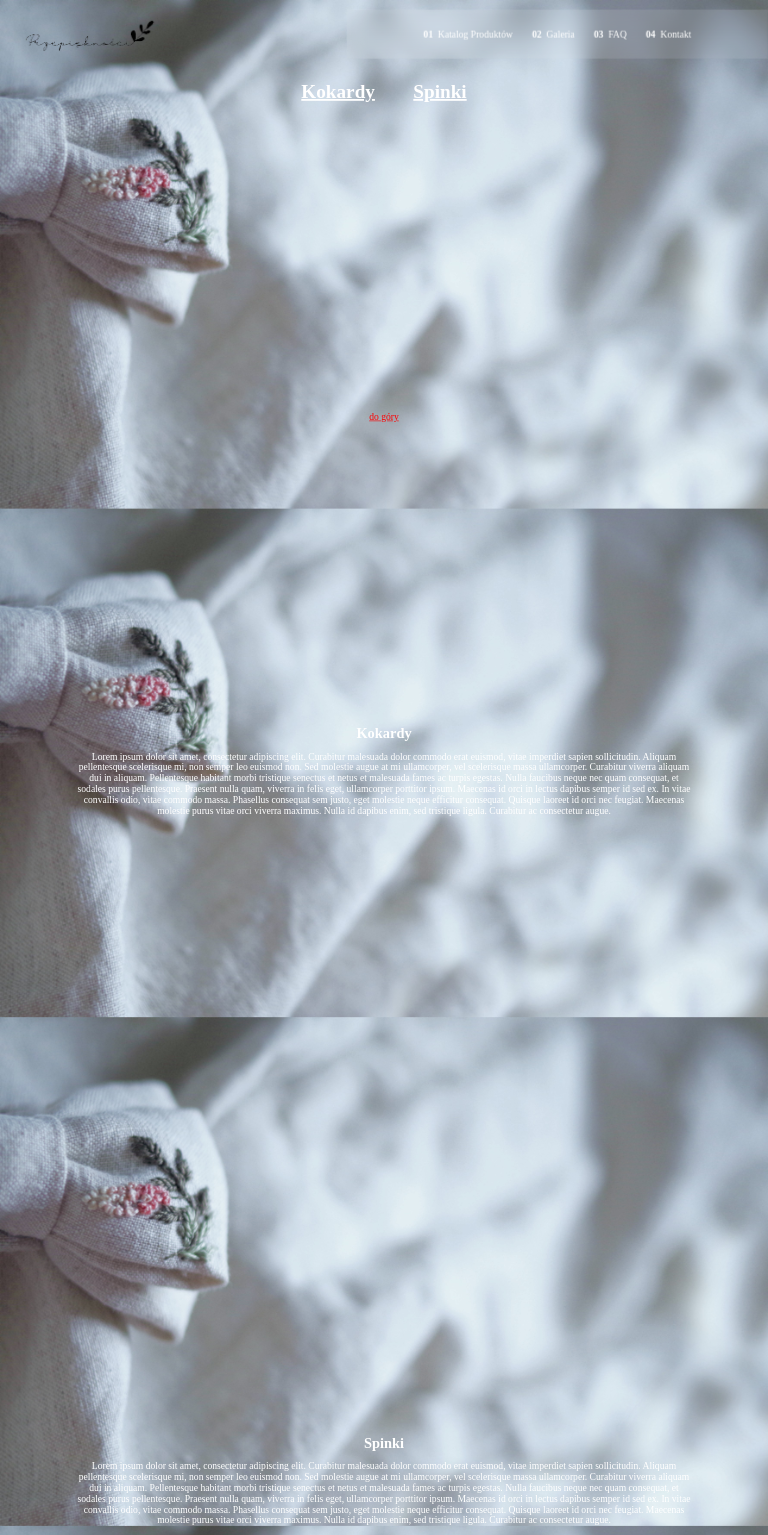
Repository: kowalkos/Rak_projekt
Page: /produkty
These files come from the project's save history. The page is drawn as it stood at one moment and after the next save; the edit follows.
The browser window is 1280 px wide. The pictures show the whole page, at 60% of full size.
Backgrounds fixed to the window are drawn as part of the page. The project was rebuilt for these pictures with package versions that can differ from the ones it lists, and the page was loaded fresh each time. Also part of the build but not shown: src/components/galeria/Galeria.js, src/components/main/Main.js, src/components/FAQ/Faq.js, src/components/about/About.js.

Above is the page before, as saved 2022-01-04 20:36:57.

### src/index.css
body {
  margin: 0;
  background-image: url('/src/img/tlo.jpg');
  background-attachment: fixed;
  background-repeat: no-repeat;
  background-size: cover;
  overflow-x: hidden;
  color: #fff;

  min-width: 325px;
}

### src/App.js
import Produkt from './components/produkty/produkt';
import Galeria from './components/galeria/Galeria';
import Main from './components/main/Main';
import Faq from './components/FAQ/Faq';
import About from './components/about/About';
import Footer from './components/footer/footer';
import './App.css';
import NavBar from './components/navbar/NavBar';
import {BrowserRouter as Router, Route, Routes} from 'react-router-dom';
function App() {

  return (
    <Router>
    <div className="App">
     <NavBar/>
     <Routes>
     <Route path="/" element={<Main/>}/>
     <Route path="/Faq"element={<Faq/>}/>
     <Route path="/produkty" element={<Produkt/>}/>
     <Route path="/galeria"element={<Galeria/>}/>
     <Route path="/about"element={<About/>}/>
     </Routes>
     <Footer/>
    </div>
    </Router>
  );
}

export default App;

### src/components/produkty/produkt.js
import './Produkt.css';
function Produkt(props) {


    return <div className='wrapper'>
        <div className='references'>
        <a href='#kokardy'>
            <h1 >Kokardy</h1>
        </a>
        <a href='#spinki'>
            <h1 >Spinki</h1>
        </a>
        </div>
        <div style={{height:"1000px"}}></div>
        <section id='kokardy'>
            <h2>Kokardy</h2>
            <p>
            Lorem ipsum dolor sit amet, consectetur adipiscing elit. Curabitur malesuada dolor commodo erat euismod, vitae imperdiet sapien sollicitudin. Aliquam pellentesque scelerisque mi, non semper leo euismod non. Sed molestie augue at mi ullamcorper, vel scelerisque massa ullamcorper. Curabitur viverra aliquam dui in aliquam. Pellentesque habitant morbi tristique senectus et netus et malesuada fames ac turpis egestas. Nulla faucibus neque nec quam consequat, et sodales purus pellentesque. Praesent nulla quam, viverra in felis eget, ullamcorper porttitor ipsum. Maecenas id orci in lectus dapibus semper id sed ex. In vitae convallis odio, vitae commodo massa. Phasellus consequat sem justo, eget molestie neque efficitur consequat. Quisque laoreet id orci nec feugiat. Maecenas molestie purus vitae orci viverra maximus. Nulla id dapibus enim, sed tristique ligula. Curabitur ac consectetur augue.
            </p>
        </section>
        <div style={{height:"1000px"}}></div>
        <section id='spinki'>
            <h2>Spinki</h2>
            <p>
            Lorem ipsum dolor sit amet, consectetur adipiscing elit. Curabitur malesuada dolor commodo erat euismod, vitae imperdiet sapien sollicitudin. Aliquam pellentesque scelerisque mi, non semper leo euismod non. Sed molestie augue at mi ullamcorper, vel scelerisque massa ullamcorper. Curabitur viverra aliquam dui in aliquam. Pellentesque habitant morbi tristique senectus et netus et malesuada fames ac turpis egestas. Nulla faucibus neque nec quam consequat, et sodales purus pellentesque. Praesent nulla quam, viverra in felis eget, ullamcorper porttitor ipsum. Maecenas id orci in lectus dapibus semper id sed ex. In vitae convallis odio, vitae commodo massa. Phasellus consequat sem justo, eget molestie neque efficitur consequat. Quisque laoreet id orci nec feugiat. Maecenas molestie purus vitae orci viverra maximus. Nulla id dapibus enim, sed tristique ligula. Curabitur ac consectetur augue.


            </p>
        </section>
    </div>;

}

export default Produkt;

### src/components/footer/footer.js
import './footer.css';
function Footer(props)
{
    return <div className='footerWrap'>
        <div className='footer'>
            <a href='#top'>do góry</a>
            </div>

    </div>;
}
export default Footer;

### src/App.css
.App {
  text-align: center;
  /* background-image: url('/src/img/kosmos.jpg'); */

}

### src/components/navbar/NavBar.js

import { Link } from 'react-router-dom';
import logo from '../../img/logoso.png';
import './NavBar.css';
function NavBar(props) {


    function toggle() {
        const primaryNav = document.querySelector('.primary-navigation');
        const navToggle = document.querySelector('.mobile-nav-toggle');
        console.log(primaryNav);
        console.log(navToggle);

        const visibility = primaryNav.getAttribute('data-visible');
        if (visibility === "false") {
            primaryNav.setAttribute('data-visible', true);
            navToggle.setAttribute('aria-expanded', true);
        }
        else if (visibility === "true") {
            primaryNav.setAttribute('data-visible', false);
            navToggle.setAttribute('aria-expanded', false);
        }
        console.log(visibility);
    }
    return <header className='primary-header flex'>

        <button className='mobile-nav-toggle'
            aria-controls='primary-navigation'
            onClick={toggle} >
            <span className='sr-only'></span>
        </button>
        <div className='logo'>
        <Link to='/' >
            <img className='logo' src={logo} alt='Logo'></img>
            </Link>
        </div>

        <nav>
            <ul id='primary-navigation' aria-expanded="false" data-visible="false" className='primary-navigation flex'>
                {/* <li>
                    <Link to='/' >
                        <span aria-hidden="true">00</span>
                        Strona główna
                    </Link>
                </li> */}
                <li>
                    <Link to='/produkty' >
                        <span aria-hidden="true">01</span>
                        Katalog Produktów
                    </Link>
                </li>
                <li>
                    <Link to='/galeria' >
                        <span aria-hidden="true">02</span>
                        Galeria
                    </Link>
                </li>
                <li>
                    <Link to='/Faq' >
                        <span aria-hidden="true">03</span>
                        FAQ
                    </Link>
                </li>
                <li>
                    <Link to='/about' >
                        <span aria-hidden="true">04</span>
                        Kontakt
                    </Link>
                </li>
            </ul>
        </nav>

    </header>;

    // return <div className='main-nav-bar' >
    //     <div className='nav-bar__roll-down' onhover={onHoverHandle} >
    //         Katalog Produktów
    //         <div id='nav-bar__inside'>
    //             Kokardy
    //         </div>
    //         <div id='nav-bar__inside'>
    //             Kokardy
    //         </div>
    //         <div id='nav-bar__inside'>
    //             Kokardy
    //         </div>
    //         <div id='nav-bar__inside'>
    //             Kokardy
    //         </div>height:"20px";width
    //     </div >
    //     <div className='nav-bar'>
    //         O mnie
    //     </div>
    //     <div className='nav-bar'>
    //         FAQ
    //     </div>
    //     <div className='nav-bar'>
    //         Kontakt
    //     </div>

    // </div>;
}

export default NavBar;

### src/components/produkty/Produkt.css
.references
{
    width: 100%;
    text-align: center;
}
.references a {
    color: white;
    display: inline-block;
    padding: 0rem 1rem;
    margin:0 1rem;

}
h2{
    margin: 1rem auto;
    width: max(80%,300px);
}
p
{

    margin: 1rem auto;
    width: max(80%,300px);
   padding: 0 1rem;
}
.wrapper{
    width: 100%;
}

### src/components/footer/footer.css
.footer
{

    width: 80%;
    margin: 0 auto;

}
.footer a{
    color: red;
}
.footerWrap
{
    bottom: 1rem;
    position: fixed;
    display: flex;
    width: 100%;
    justify-content: center;
}

### src/components/navbar/NavBar.css
.flex {
    display: flex;
    gap: var(--gap, 1rem);
}

.primary-header {
    align-items: center;
    justify-content: space-between;

}
.logo{
    -webkit-transform: scale(0.90);
}
.mobile-nav-toggle {
    display: none;
}

.primary-navigation {
    list-style: none;
    padding: 0;
    margin: 0;
    background: hsl(0 0% 0% /0.75);


}

.primary-navigation a {
    text-decoration: none;
    color: white;
}

.primary-navigation a>[aria-hidden="true"] {
    font-weight: 700;
    margin-inline-end: .5rem;
}

@supports(backdrop-filter: blur(1rem)) {
    .primary-navigation {
        background: hsl(0 0% 100% /0.1);
        backdrop-filter: blur(1rem);
    }
}

@media (max-width:35em) {
    .primary-navigation {
        position: fixed;
        inset: 0 0 0 50%;
        --gap: 2rem;
        z-index: 1000;
        flex-direction: column;
        padding: min(30vh, 10rem) 1rem;

        transform: translateX(100%);
        transition: transform 350ms ease-out;
    }

    .primary-navigation[data-visible="true"] {
        transform: translateX(0%);
    }

    .mobile-nav-toggle {
        display: block;
        position: absolute;
        width: 2.25rem;
        aspect-ratio: 1;
        top: 2rem;
        right: 2rem;
        z-index: 9999;
        background-color: transparent;
        background-image: url(/src/img/Hamburger_icon.svg);
        background-repeat: no-repeat;
        border: 0px;
    }

    .mobile-nav-toggle[aria-expanded="true"] {
        background-image: url(/src/img/x-symbol.svg);
        background-size: 32px;
    }

    .sr-only {
        display: none;
    }
}

@media (min-width:35em) and (max-width:55em) {
    .primary-navigation a>span[aria-hidden="true"] {
        display: none;
    }
}
@media (min-width:35em)
{

.primary-navigation{
    --gap:2rem;
    padding-block: 2rem;
    padding-inline:clamp(3rem,10vw,10rem);
}
}

Loaded but not shown: public/index.html (common file); src/index.js (common file)

After the next save:
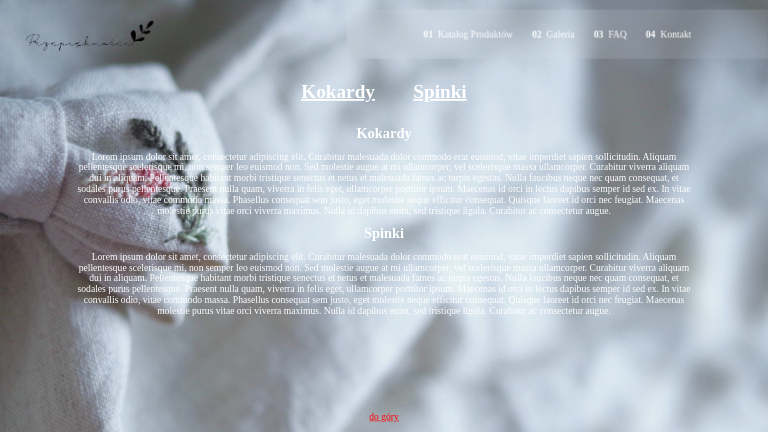
Saved 112 s later.
--- a/src/components/produkty/produkt.js
+++ b/src/components/produkty/produkt.js
@@ -11,14 +11,14 @@ function Produkt(props) {
             <h1 >Spinki</h1>
         </a>
         </div>
-        <div style={{height:"1000px"}}></div>
+
         <section id='kokardy'>
             <h2>Kokardy</h2>
             <p>
             Lorem ipsum dolor sit amet, consectetur adipiscing elit. Curabitur malesuada dolor commodo erat euismod, vitae imperdiet sapien sollicitudin. Aliquam pellentesque scelerisque mi, non semper leo euismod non. Sed molestie augue at mi ullamcorper, vel scelerisque massa ullamcorper. Curabitur viverra aliquam dui in aliquam. Pellentesque habitant morbi tristique senectus et netus et malesuada fames ac turpis egestas. Nulla faucibus neque nec quam consequat, et sodales purus pellentesque. Praesent nulla quam, viverra in felis eget, ullamcorper porttitor ipsum. Maecenas id orci in lectus dapibus semper id sed ex. In vitae convallis odio, vitae commodo massa. Phasellus consequat sem justo, eget molestie neque efficitur consequat. Quisque laoreet id orci nec feugiat. Maecenas molestie purus vitae orci viverra maximus. Nulla id dapibus enim, sed tristique ligula. Curabitur ac consectetur augue.
             </p>
         </section>
-        <div style={{height:"1000px"}}></div>
+
         <section id='spinki'>
             <h2>Spinki</h2>
             <p>
